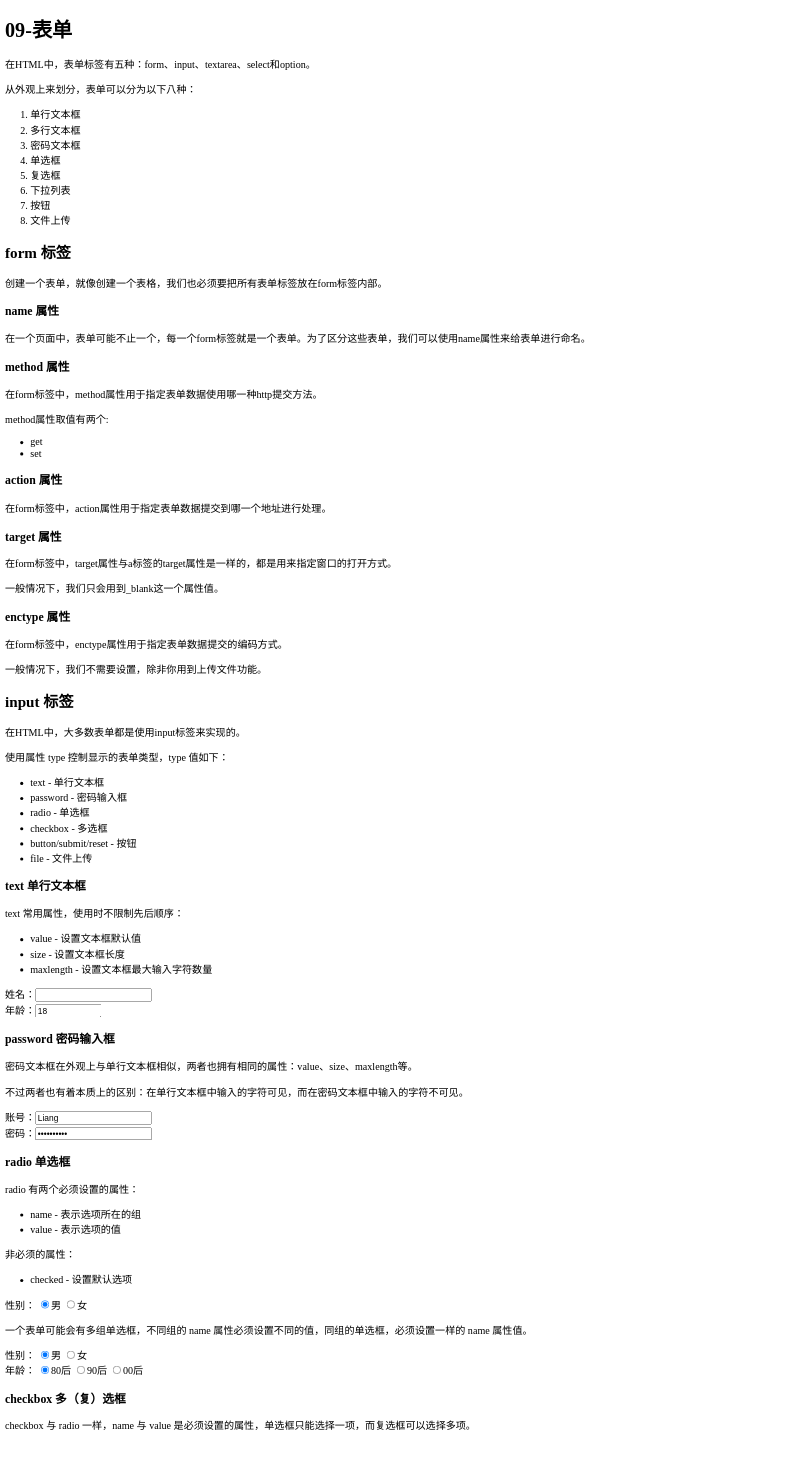
Repository: liang-n/front-end-basics
Page: 09-表单.html
These files come from the project's save history. The page is drawn as it stood at one moment and after the next save; the edit follows.
The browser window is 1280 px wide. The pictures show the whole page, at 63% of full size.

Above is the page before, as saved 2022-05-15 17:17:12.

After the next save:
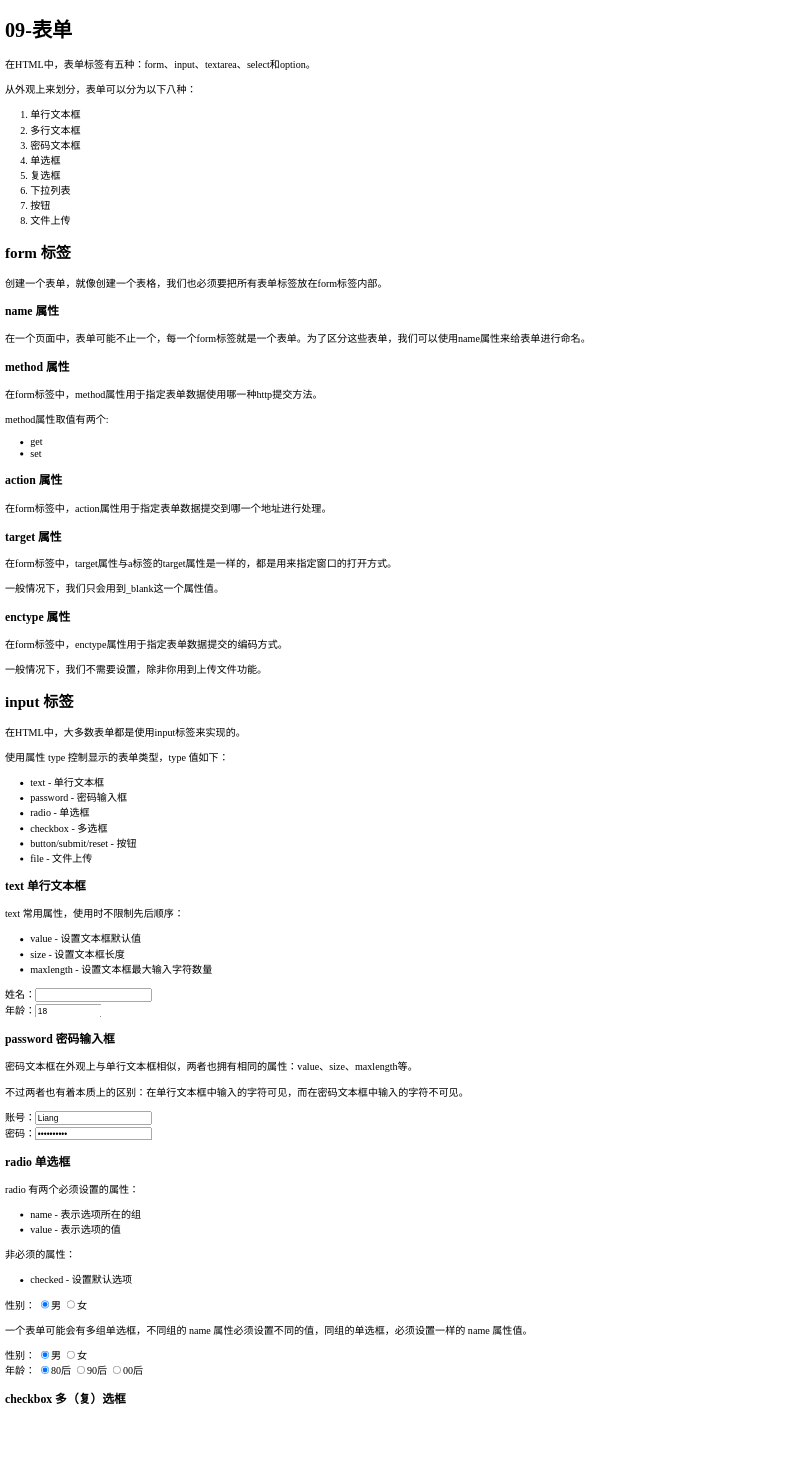
Saved 4 s later.
--- a/09-表单.html
+++ b/09-表单.html
@@ -107,7 +107,6 @@
     </form>
 
     <h3>checkbox 多（复）选框</h3>
-    checkbox 与 radio 一样，name 与 value 是必须设置的属性，单选框只能选择一项，而复选框可以选择多项。
 </body>
 
 <br><br><br>
